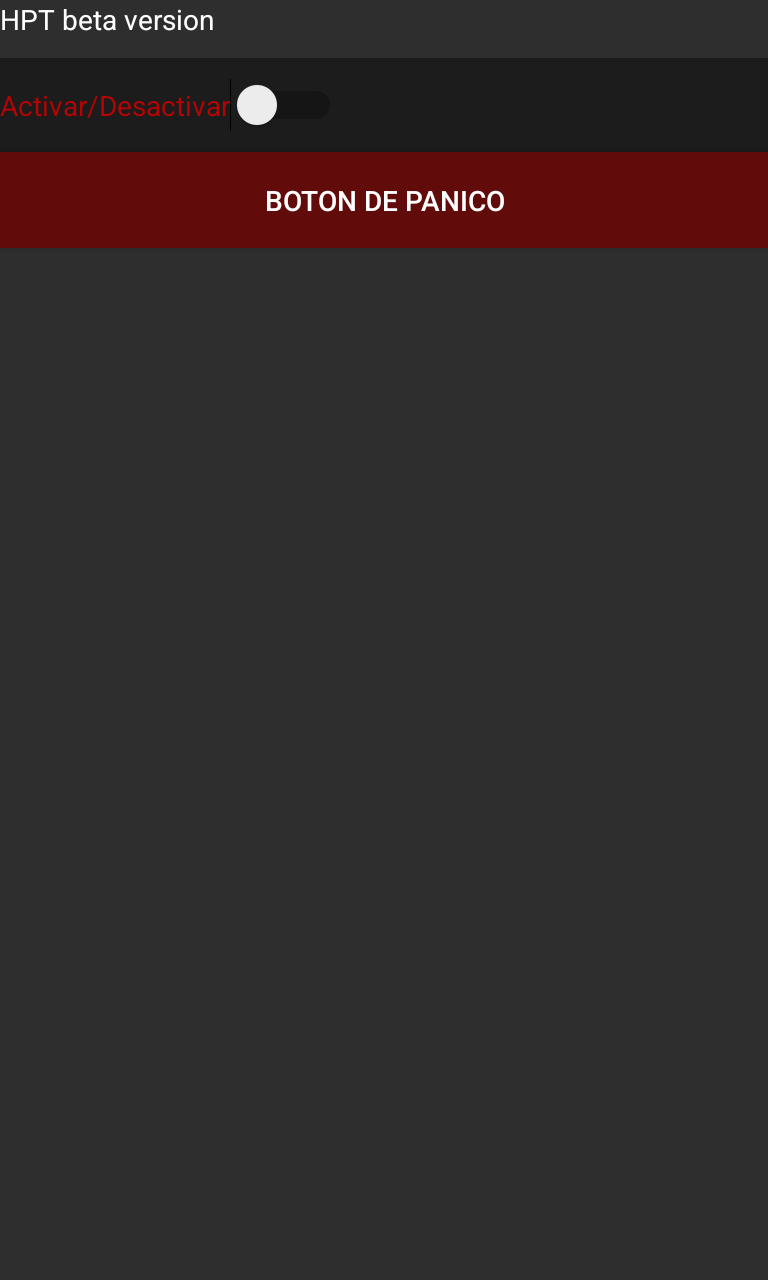
Repository: aludena18/android_apps
Layout: HunterPersonalTrack/res/layout/activity_main.xml
An editor plug-in stored every save of this project. The layout is shown before and after the next save, followed by the edit.
It is drawn on a 768 x 1280 px phone screen (xhdpi) without system bars, with theme AppTheme; the app's code is not run.

Above is the layout before, as saved 2015-10-14 20:26:18.

### HunterPersonalTrack/res/layout/activity_main.xml
<LinearLayout xmlns:android="http://schemas.android.com/apk/res/android"
    xmlns:tools="http://schemas.android.com/tools"
    android:layout_width="match_parent"
    android:layout_height="match_parent"
    android:orientation="vertical"
    android:background="#2E2E2E"
    tools:context="com.alg.hunterpersonaltrack.MainActivity" >

    <TextView
        android:layout_width="wrap_content"
        android:layout_height="wrap_content"
        android:layout_marginBottom="10dp"
        android:textColor="#FFFFFF"
        android:text="@string/hello_world" />

    <LinearLayout
        android:layout_width="match_parent"
        android:layout_height="wrap_content"
        android:background="#1C1C1C">

        <Switch
	        android:id="@+id/swtOnOff"
    	    android:layout_width="wrap_content"
        	android:layout_height="wrap_content"
        	android:layout_marginTop="10dp"
       		android:layout_marginBottom="10dp"
        	android:textColor="#B40404"
        	android:text="@string/etqSwtOnOff" />

    </LinearLayout>

    <Button
        android:id="@+id/btnPanico"
        android:layout_width="match_parent"
        android:layout_height="wrap_content"
        android:background="#610B0B"
        android:textColor="#FFFFFF"
        android:text="@string/etqBtnPanico"/>


</LinearLayout>

### HunterPersonalTrack/res/values/strings.xml
<?xml version="1.0" encoding="utf-8"?>
<resources>

    <string name="app_name">Hunter Personal Track</string>
    <string name="hello_world">HPT beta version</string>
    <string name="action_settings">Settings</string>

    <string name="etqSwtOnOff">Activar/Desactivar</string>
    <string name="etqBtnPanico">Boton de Panico</string>

</resources>

Loaded but not shown: HunterPersonalTrack/res/values/styles.xml (common file); HunterPersonalTrack/res/values-v11/styles.xml (common file); HunterPersonalTrack/res/values-v14/styles.xml (common file)

After the next save:
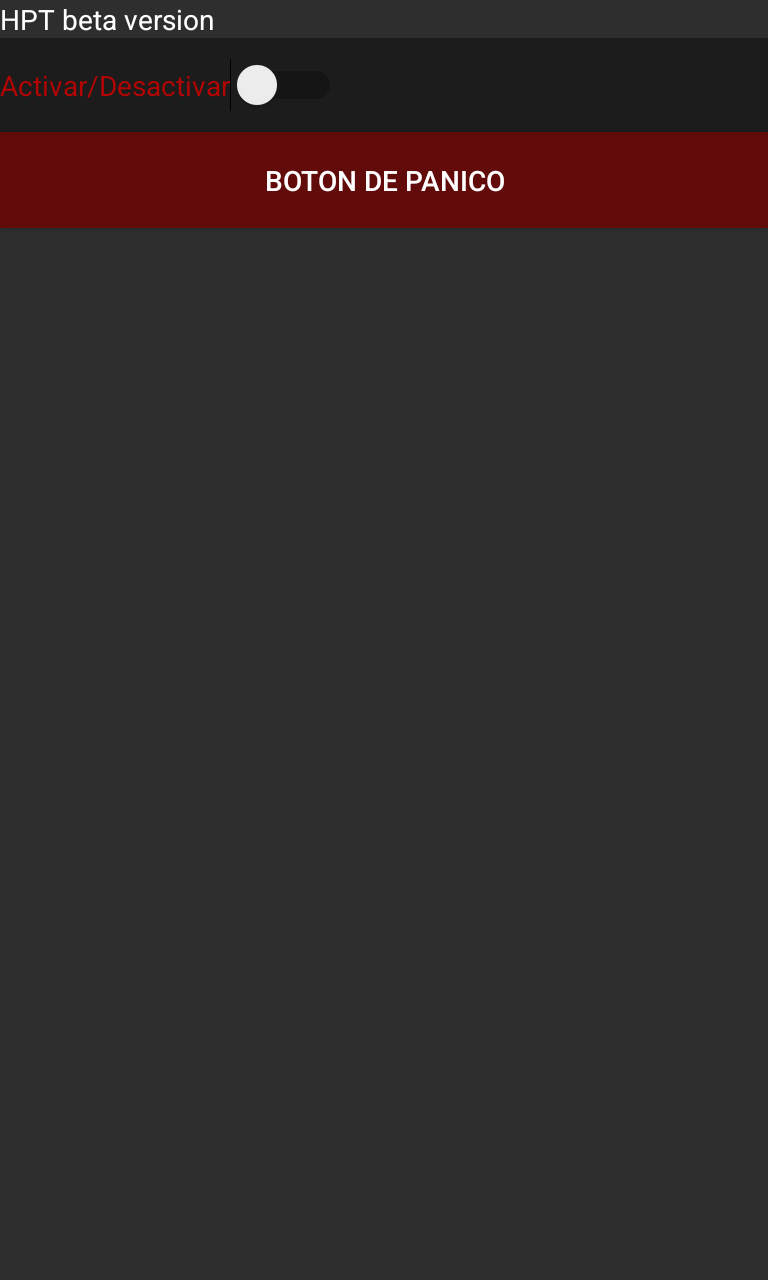
Saved 15 s later.
--- a/HunterPersonalTrack/res/layout/activity_main.xml
+++ b/HunterPersonalTrack/res/layout/activity_main.xml
@@ -9,7 +9,6 @@
     <TextView
         android:layout_width="wrap_content"
         android:layout_height="wrap_content"
-        android:layout_marginBottom="10dp"
         android:textColor="#FFFFFF"
         android:text="@string/hello_world" />
 
